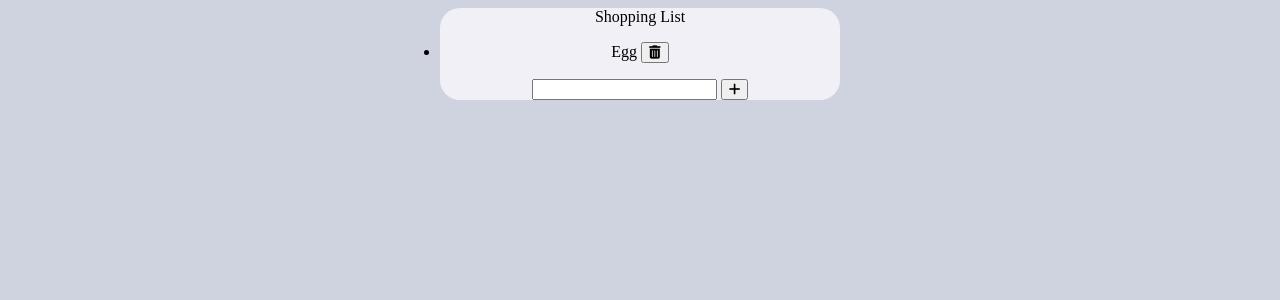
Repository: rumor1993/DreamCoding-Browser101
Page: Chapter05/index.html
The author's editor kept a copy of each file at every save. The page is drawn from the files as they stood at one save, then again after a run of saves.
The browser window is 1280 px wide. The pictures show the whole page.
Some web libraries are served in a nearby version.

Above is the page before, as saved 2020-12-30 12:19:22.

### Chapter05/index.html
<!DOCTYPE html>
<html lang="en">
  <head>
    <meta charset="UTF-8" />
    <meta name="viewport" content="width=device-width, initial-scale=1.0" />
    <title>Shopping List</title>
    <link rel="stylesheet" href="style.css" />
    <script src="main.js"></script>
    <script src="https://kit.fontawesome.com/86c035f01d.js" crossorigin="anonymous"></script>
  </head>
  <body>
    <section class="list">
      <header class="header">Shopping List</header>
      <ul class="items">
        <li class="item-row">
          <div class="item">
            <span class="item-name">Egg</span>
            <button class="item-delete">
              <i class="fas fa-trash-alt"></i>
            </button>
          </div>
        </li>
      </ul>
      <footer class="footer"></footer>
      <input type="text" class="footer-input" />
      <button class="footer-button">
        <i class="fas fa-plus"></i>
      </button>
    </section>
  </body>
</html>

### Chapter05/style.css
* {
  box-sizing: border-box;
}

ul {
  padding: 0;
}

body {
  background-color: #ced3df;
  text-align: center;
}

.list {
  width: 400px;
  margin: auto;
  background-color: #f1f0f7;
  border-radius: 20px;
}

.header {
}

Loaded but not shown: Chapter05/main.js (no stored copy; drawn as an empty file)

After the next 3 saves:
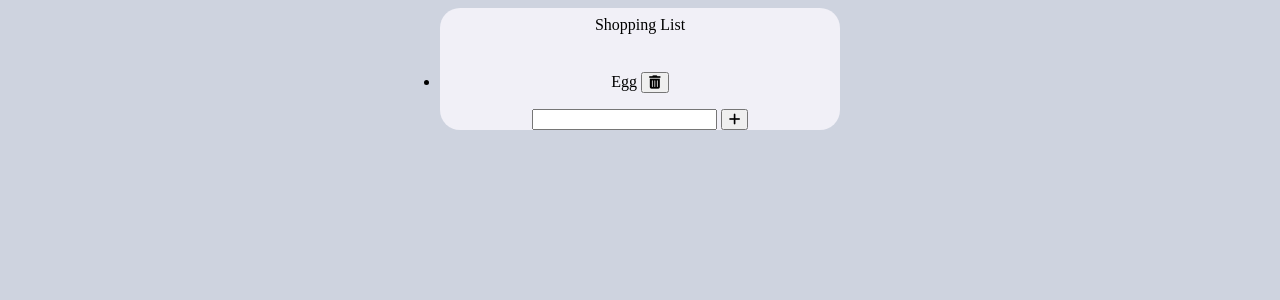
The 3 saves are shown as one change because they came seconds apart.
The last was saved 27 s later.
--- a/Chapter05/style.css
+++ b/Chapter05/style.css
@@ -19,4 +19,6 @@ body {
 }
 
 .header {
+  height: 48px;
+  padding: 8px;
 }
